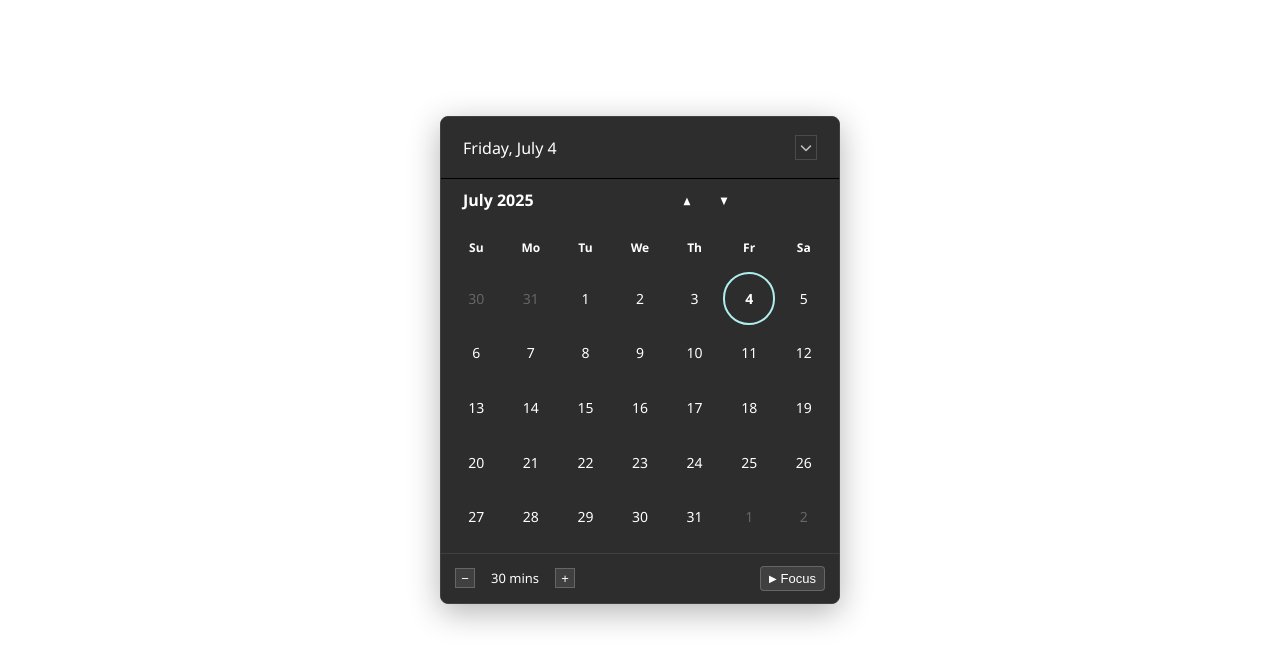
Repository: ThuTrang-jvb/JVB_BT2
Page: index.html
An editor plug-in stored every save of this project. The page is shown before and after the next save, followed by the edit.
The browser window is 1280 px wide. The pictures show the whole page.

Above is the page before, as saved 2025-07-07 09:26:28.
Console error: TypeError: this.updateClock is not a function

### index.html
<!DOCTYPE html>
<html lang="en">
<head>
  <meta charset="UTF-8" />
  <meta name="viewport" content="width=device-width, initial-scale=1.0"/>
  <title>week-2</title>
  <link rel="stylesheet" href="style2.css" />
  <link rel="stylesheet" href="https://cdnjs.cloudflare.com/ajax/libs/font-awesome/6.4.0/css/all.min.css" />
</head>
<body>
<div class="windows-calendar">
  <div class="calendar-header">
    <div class="header-date" id="headerDate">
      <span id="headerDateText">Monday, November 7</span>
      <span class="header-chevron "><i class="fa-solid fa-chevron-down"></i></span>
    </div>
  </div>
  <div class="calendar-nav">
    <div class="nav-title" id="navTitle">
      <span id="navTitleText">November 2022</span>
      <div class="nav-arrows">
        <span>&#9650;</span>
        <span>&#9660;</span>
      </div>
    </div>
  </div>
  <div class="calendar-content">
    <div class="days-header" id="daysHeader">
        <div class="day-header">Su</div>
        <div class="day-header">Mo</div>
        <div class="day-header">Tu</div>
        <div class="day-header">We</div>
        <div class="day-header">Th</div>
        <div class="day-header">Fr</div>
        <div class="day-header">Sa</div>
    </div>
    <div class="calendar-grid month-grid" id="calendarGrid"></div>
  </div>
  <div class="calendar-footer">
            <div class="footer-controls">
                <div class="time-control">
                    <button class="time-btn" id="decreaseTime">−</button>
                    <span class="time-indicator" id="timeIndicator">30 mins</span>
                    <button class="time-btn" id="increaseTime">+</button>
                </div>
                <button class="focus-btn" id="focusBtn">
                    <span class="focus-icon">▶</span>
                    <span>Focus</span>
                </button>
            </div>
    </div>
</div>
<script src="main.js"></script>
</body>
</html>

### style2.css
* {
    margin: 0;
    padding: 0;
    box-sizing: border-box;

}

body {
    font-family: "Segoe UI", Tahoma, Geneva, Verdana, sans-serif;
    background: #fff;
    color: #ffffff;
    min-height: 100vh;
    display: flex;
    align-items: center;
    justify-content: center;
}

.windows-calendar {
    background: #2d2d2d;
    border-radius: 8px;
    width: 100%;
    max-width: 400px;
    box-shadow: 0 8px 32px rgba(0, 0, 0, 0.3);
    border: 1px solid #404040;
    overflow: hidden;
}

.calendar-header {
    background: #2d2d2d;
    padding: 18px 22px;
    border-bottom: 1px solid #000;
}

.header-date {
    display: flex;
    align-items: center;
    justify-content: space-between;
    font-size: 16px;
    font-weight: 400;
    color: #ffffff;
    cursor: pointer;
    transition: color 0.2s ease;
}

#navTitleText{
    font-size: 16px;
}

.header-date:hover {
    color: #60a5fa;
}

.header-chevron {
     opacity: 0.7;  /* trong suot 70% mo 30% */
    font-size: 12px;
    border: 1px solid rgba(255, 255, 255, 0.2);
    padding: 3px 4px;
}

.calendar-nav {
    display: flex;
    align-items: center;
    justify-content: space-between;
    font-weight: 500;
    padding: 10px 22px;
    background: #2d2d2d;

}

.nav-title {
    display: flex;
    align-items: center;
    gap: 150px;
    font-size: 16px;
    font-weight: 600;
    color: #ffffff;
    cursor: pointer;
    transition: color 0.2s ease;
}

.nav-title:hover {
    color: #60a5fa;
}

.nav-arrows {
    display: flex;
    gap: 30px;
    font-size: 10px;
}

.nav-btn {
    background: none;
    border: none;
    color: #ffffff;
    cursor: pointer;
    padding: 6px;
    border-radius: 4px;
    display: flex;
    align-items: center;
    justify-content: center;
    transition: all 0.2s ease;
    font-size: 16px;
}

.nav-btn:hover {
    background: #404040;
    color: #60a5fa;
}

.calendar-content {
    padding: 10px 9px;
}

.days-header {
    display: grid;
    grid-template-columns: repeat(7, 1fr);
    gap: 2px;
    margin-bottom: 8px;


}

.day-header {
    text-align: center;
    font-size: 12px;
    font-weight: 600;
    color: white;
    padding: 8px 4px;
}

.calendar-grid {
    display: grid;
    gap: 2px;
}

.month-grid {
    grid-template-columns: repeat(7, 1fr);
}

.year-grid {
    grid-template-columns: repeat(4, 1fr);
    gap: 8px;
}

.decade-grid {
    grid-template-columns: repeat(4, 1fr);
    gap: 8px;
}

.calendar-day {
    aspect-ratio: 1;
    display: flex;
    align-items: center;
    justify-content: center;
    cursor: pointer;
    border-radius: 4px;
    font-size: 14px;
    font-weight: 400;
    transition: all 0.2s ease;
    color: #ffffff;
    min-height: 32px;
}

.calendar-day:hover {
    background: #404040;
    border-radius: 50%;
}

.calendar-day.other-month {
    color: #666666;
}

.calendar-day.today {
    background: #0078d4;
    color: white;
    font-weight: 600;
    border-radius: 50%;
}

.calendar-day.selected {
    background: none;
    border: 2px solid paleturquoise;
    color: white;
    font-weight: 600;
    border-radius: 50%;
}

.year-month {
    aspect-ratio: 1;
    display: flex;
    align-items: center;
    justify-content: center;
    cursor: pointer;
    border-radius: 6px;
    font-size: 14px;
    font-weight: 500;
    transition: all 0.2s ease;
    color: #ffffff;
    min-height: 48px;
}

.year-month:hover {
    background: #404040;
}

.year-month.current {
    background: #0078d4;
    color: white;
}

.year-month.selected {
    background: #60a5fa;
    color: white;
}

.decade-year {
    aspect-ratio: 1;
    display: flex;
    align-items: center;
    justify-content: center;
    cursor: pointer;
    border-radius: 6px;
    font-size: 14px;
    font-weight: 500;
    transition: all 0.2s ease;
    color: #ffffff;
    min-height: 48px;
}

.decade-year:hover {
    background: #404040;
}

.decade-year.other-decade {
    color: #666666;
}

.decade-year.current {
    background: #0078d4;
    color: white;
}

.decade-year.selected {
    background: #60a5fa;
    color: white;
}

.calendar-footer {
    padding: 12px 14px;
    border-top: 1px solid #404040;
    background: #2d2d2d;
}

.footer-controls {
    display: flex;
    justify-content: space-between;
    align-items: center;
}

.time-control {
    display: flex;
    align-items: center;
    gap: 6px;
}

.time-btn {
    background: #404040;
    color: white;
    cursor: pointer;
    font-size: 13px;
    width: 20px;
    height: 20px;
    display: flex;
    align-items: center;
    justify-content: center;
    border: 1px solid rgba(255, 255, 255, 0.2);
    padding: 3px 4px;
    transition: all 0.2s ease;
}

.time-btn:hover {
    background: #404040;
    color: #60a5fa;
}

.time-indicator {
    font-size: 13px;
    color: white;
    min-width: 50px;
    padding: 0 10px;
    text-align: center;
}

.focus-btn {
    background: #404040;
    border: 1px solid rgba(255, 255, 255, 0.2);
    padding: 3px 4px;
    color: white;
    font-size: 13px;
    cursor: pointer;
    display: flex;
    align-items: center;
    gap: 4px;
    transition: color 0.2s ease;
    padding: 4px 8px;
    border-radius: 4px;
}

.focus-btn:hover {
    color: #60a5fa;
    background: #404040;
}

.focus-icon {
    font-size: 10px;
}

.hidden {
    display: none;
}

/* Responsive */
/* @media (max-width: 480px) {
    .windows-calendar {
        width: 90%;
        margin: 10px;
    }
} */

### main.js
class WindowsCalendar {
    constructor() {
        this.currentDate = new Date();
        this.selectedDate = new Date();
        this.currentMonth = new Date();
        this.viewMode = 'month';
        this.timeMinutes = 30;
        this.focusInterval = null;
        this.remainingSeconds = 0;


        this.months = [
            'January', 'February', 'March', 'April', 'May', 'June',
            'July', 'August', 'September', 'October', 'November', 'December'
        ];

        this.monthsShort = [
            'Jan', 'Feb', 'Mar', 'Apr', 'May', 'Jun',
            'Jul', 'Aug', 'Sep', 'Oct', 'Nov', 'Dec'
        ];

        this.init();
    }

    init() {
        this.bindEvents();
        this.updateDisplay();
        this.startRealTimeUpdate();
    }

    bindEvents() {
        document.getElementById('headerDate').addEventListener('click', () => this.handleHeaderClick());
        document.getElementById('navTitle').addEventListener('click', () => this.handleNavTitleClick());
        const arrows = document.querySelectorAll('.nav-arrows span');
        if (arrows.length >= 2) {
            arrows[0].addEventListener('click', () => this.navigate(-1));
            arrows[1].addEventListener('click', () => this.navigate(1));
        }



        document.getElementById('decreaseTime').addEventListener('click', () => this.adjustTime(-5));
        document.getElementById('increaseTime').addEventListener('click', () => this.adjustTime(15));


        document.getElementById('focusBtn').addEventListener('click', () => this.toggleFocus());
    }

    adjustTime(minutes) {
        this.timeMinutes += minutes;
        if (this.timeMinutes < 5) this.timeMinutes = 5;
        if (this.timeMinutes > 480) this.timeMinutes = 480;
        this.updateTimeDisplay();
    }

    updateTimeDisplay() {
        const timeIndicator = document.getElementById('timeIndicator');
        if (this.timeMinutes >= 60) {
            const hours = Math.floor(this.timeMinutes / 60);
            const mins = this.timeMinutes % 60;
            if (mins === 0) {
                timeIndicator.textContent = `${hours} hr${hours > 1 ? 's' : ''}`;
            } else {
                timeIndicator.textContent = `${hours}h ${mins}m`;
            }
        } else {
            timeIndicator.textContent = `${this.timeMinutes} mins`;
        }
    }

    toggleFocus() {
        const focusBtn = document.getElementById('focusBtn');
        const icon = focusBtn.querySelector('.focus-icon');
        const text = focusBtn.querySelector('span:last-child');

        if (text.textContent === 'Focus') {

            text.textContent = 'Stop';
            icon.textContent = '⏸';
            focusBtn.style.color = '#60a5fa';


            this.remainingSeconds = this.timeMinutes * 60;

            this.focusInterval = setInterval(() => {
                this.remainingSeconds--;


                this.updateCountdownDisplay();


                if (this.remainingSeconds <= 0) {
                    clearInterval(this.focusInterval);
                    this.focusInterval = null;
                    alert("Time's up!");
                    this.resetFocusButton();
                }
            }, 1000);

        } else {

            clearInterval(this.focusInterval);
            this.focusInterval = null;
            this.resetFocusButton();
            this.updateTimeDisplay();
        }
    }
    updateCountdownDisplay() {
    const timeIndicator = document.getElementById('timeIndicator');
    const minutes = Math.floor(this.remainingSeconds / 60);
    const seconds = this.remainingSeconds % 60;
    timeIndicator.textContent = `${minutes}m ${seconds}s`;
    }
    resetFocusButton() {
    const focusBtn = document.getElementById('focusBtn');
    const icon = focusBtn.querySelector('.focus-icon');
    const text = focusBtn.querySelector('span:last-child');

    text.textContent = 'Focus';
    icon.textContent = '\u25B6';
    focusBtn.style.color = '#888888';
    }



    startRealTimeUpdate() {
        setInterval(() => {
            this.currentDate = new Date();
            this.updateHeaderDate();
            this.updateClock();
        }, 1000);
    }

    handleHeaderClick() {
        if (this.viewMode !== 'month') {
            this.viewMode = 'month';
            this.updateDisplay();
        }
    }

    handleNavTitleClick() {
        switch (this.viewMode) {
            case 'month':
                this.viewMode = 'year';
                break;
            case 'year':
                this.viewMode = 'decade';
                break;
        }
        this.updateDisplay();
    }

    navigate(direction) {
        switch (this.viewMode) {
            case 'month':
                this.currentMonth.setMonth(this.currentMonth.getMonth() + direction);
                break;
            case 'year':
                this.currentMonth.setFullYear(this.currentMonth.getFullYear() + direction);
                break;
            case 'decade':
                this.currentMonth.setFullYear(this.currentMonth.getFullYear() + direction * 10);
                break;
        }
        this.updateDisplay();
    }

    updateDisplay() {
        this.updateHeaderDate();
        this.updateNavTitle();
        this.updateCalendarGrid();
        this.updateDaysHeaderVisibility();
        this.updateTimeDisplay();
    }

    updateHeaderDate() {
        const options = { weekday: 'long', month: 'long', day: 'numeric' };
        const dateText = this.selectedDate.toLocaleDateString('en-US', options);
        document.getElementById('headerDateText').textContent = dateText;
    }

    updateNavTitle() {
        let titleText = '';
        switch (this.viewMode) {
            case 'month':
                titleText = `${this.months[this.currentMonth.getMonth()]} ${this.currentMonth.getFullYear()}`;
                break;
            case 'year':
                titleText = this.currentMonth.getFullYear().toString();
                break;
            case 'decade':
                const startYear = Math.floor(this.currentMonth.getFullYear() / 10) * 10;
                titleText = `${startYear} - ${startYear + 9}`;
                break;
        }
        document.getElementById('navTitleText').textContent = titleText;
    }

    updateDaysHeaderVisibility() {
        const daysHeader = document.getElementById('daysHeader');
        const calendarGrid = document.getElementById('calendarGrid');

        if (this.viewMode === 'month') {
            daysHeader.classList.remove('hidden');
            calendarGrid.className = 'calendar-grid month-grid';
        } else {
            daysHeader.classList.add('hidden');
            calendarGrid.className = `calendar-grid ${this.viewMode}-grid`;
        }
    }

    updateCalendarGrid() {
        const grid = document.getElementById('calendarGrid');
        grid.innerHTML = '';

        switch (this.viewMode) {
            case 'month':
                this.renderMonthView(grid);
                break;
            case 'year':
                this.renderYearView(grid);
                break;
            case 'decade':
                this.renderDecadeView(grid);
                break;
        }
    }

    renderMonthView(grid) {
        const daysInMonth = new Date(this.currentMonth.getFullYear(), this.currentMonth.getMonth() + 1, 0).getDate();
        const firstDay = new Date(this.currentMonth.getFullYear(), this.currentMonth.getMonth(), 1).getDay();


        const prevMonth = new Date(this.currentMonth.getFullYear(), this.currentMonth.getMonth() - 1, 0);
        const prevMonthDays = prevMonth.getDate();

        for (let i = firstDay - 1; i >= 0; i--) {
            const day = document.createElement('div');
            day.className = 'calendar-day other-month';
            day.textContent = prevMonthDays - i;
            grid.appendChild(day);
        }


        for (let day = 1; day <= daysInMonth; day++) {
            const date = new Date(this.currentMonth.getFullYear(), this.currentMonth.getMonth(), day);
            const dayElement = document.createElement('div');
            dayElement.className = 'calendar-day';
            dayElement.textContent = day;

            if (this.isSameDay(date, this.currentDate)) {
                dayElement.classList.add('today');
            }
            if (this.isSameDay(date, this.selectedDate)) {
                dayElement.classList.add('selected');
            }

            dayElement.addEventListener('click', () => {
                this.selectedDate = new Date(date);
                this.updateDisplay();
            });

            grid.appendChild(dayElement);
        }


        const totalCells = Math.ceil((firstDay + daysInMonth) / 7) * 7;
        const remainingCells = totalCells - (firstDay + daysInMonth);

        for (let day = 1; day <= remainingCells; day++) {
            const dayElement = document.createElement('div');
            dayElement.className = 'calendar-day other-month';
            dayElement.textContent = day;
            grid.appendChild(dayElement);
        }
    }

    renderYearView(grid) {
        for (let month = 0; month < 12; month++) {
            const monthElement = document.createElement('div');
            monthElement.className = 'year-month';
            monthElement.textContent = this.monthsShort[month];

            const date = new Date(this.currentMonth.getFullYear(), month, 1);

            if (month === this.currentDate.getMonth() && this.currentMonth.getFullYear() === this.currentDate.getFullYear()) {
                monthElement.classList.add('current');
            }
            if (month === this.currentMonth.getMonth()) {
                monthElement.classList.add('selected');
            }

            monthElement.addEventListener('click', () => {
                this.currentMonth.setMonth(month);
                this.viewMode = 'month';
                this.updateDisplay();
            });

            grid.appendChild(monthElement);
        }
    }

    renderDecadeView(grid) {
        const currentYear = this.currentMonth.getFullYear();
        const startYear = Math.floor(currentYear / 10) * 10 - 2;

        for (let i = 0; i < 16; i++) {
            const year = startYear + i;
            const yearElement = document.createElement('div');
            yearElement.className = 'decade-year';
            yearElement.textContent = year;

            if (year === this.currentDate.getFullYear()) {
                yearElement.classList.add('current');
            }
            if (year === this.currentMonth.getFullYear()) {
                yearElement.classList.add('selected');
            }
            if (i < 2 || i > 13) {
                yearElement.classList.add('other-decade');
            }

            yearElement.addEventListener('click', () => {
                this.currentMonth.setFullYear(year);
                this.viewMode = 'year';
                this.updateDisplay();
            });

            grid.appendChild(yearElement);
        }
    }

    isSameDay(date1, date2) {
        return date1.getDate() === date2.getDate() &&
                date1.getMonth() === date2.getMonth() &&
                date1.getFullYear() === date2.getFullYear();
    }
}

document.addEventListener('DOMContentLoaded', () => {
    new WindowsCalendar();
});

After the next save:
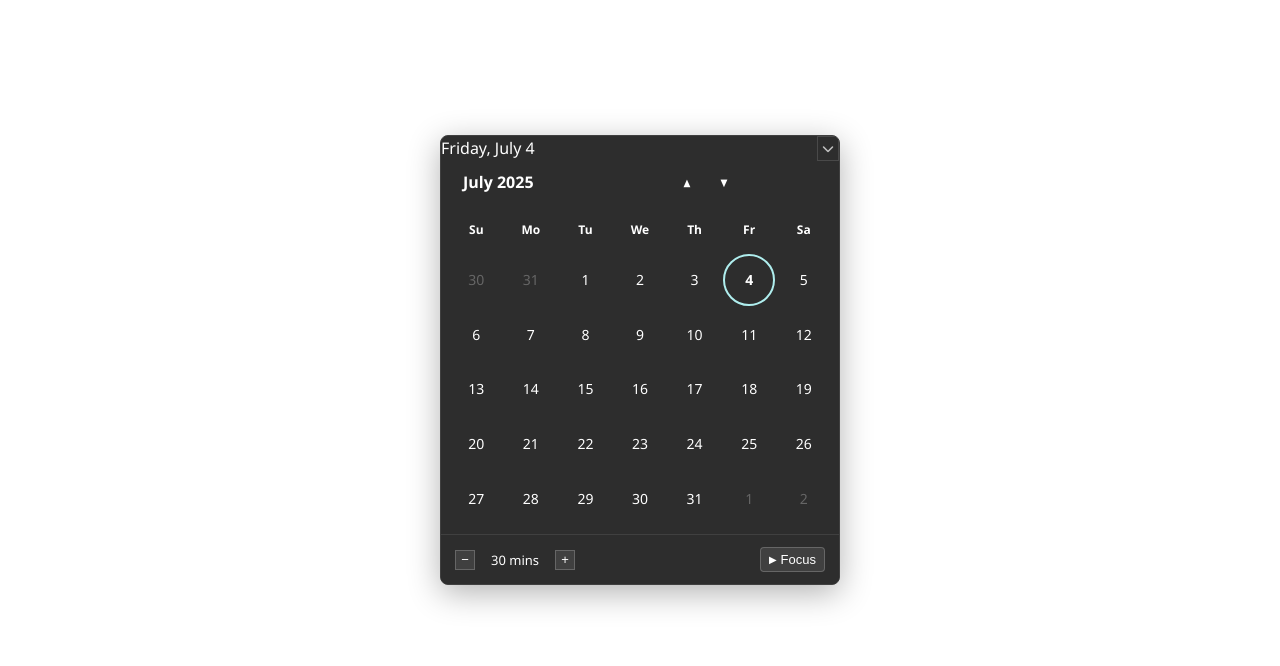
Saved 10 min 40 s later.
--- a/index.html
+++ b/index.html
@@ -9,7 +9,7 @@
 </head>
 <body>
 <div class="windows-calendar">
-  <div class="calendar-header">
+  <div class="header">
     <div class="header-date" id="headerDate">
       <span id="headerDateText">Monday, November 7</span>
       <span class="header-chevron "><i class="fa-solid fa-chevron-down"></i></span>

After the save that followed:
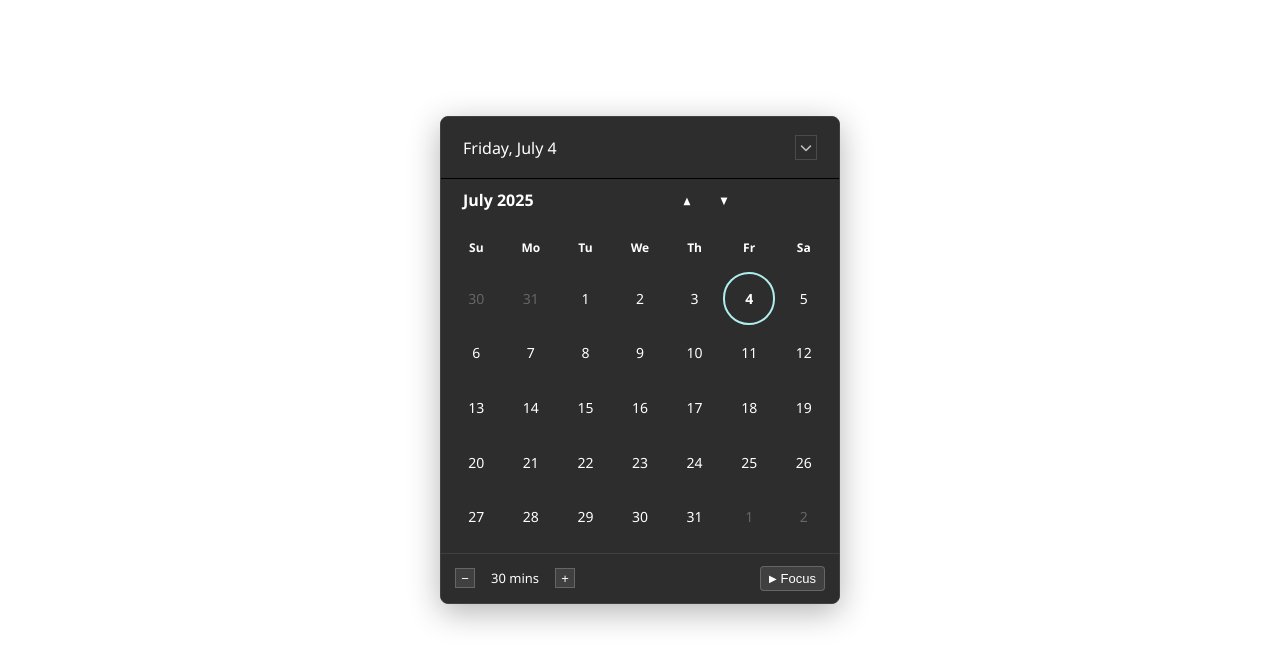
Saved 32 s later.
--- a/style2.css
+++ b/style2.css
@@ -25,7 +25,7 @@ body {
     overflow: hidden;
 }
 
-.calendar-header {
+.header {
     background: #2d2d2d;
     padding: 18px 22px;
     border-bottom: 1px solid #000;
